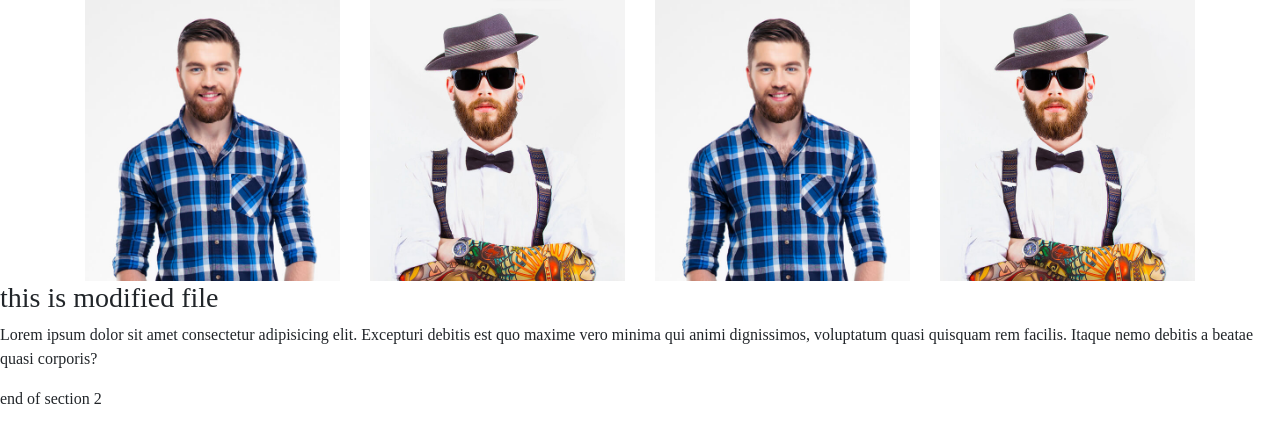
Repository: abdallahgad0000/RouteTeam
Page: index.html
The author's editor kept a copy of each file at every save. The page is drawn from the files as they stood at one save, then again after the next save.
The browser window is 1280 px wide. The pictures show the whole page.

Above is the page before, as saved 2020-12-26 10:57:51.

After the next save:
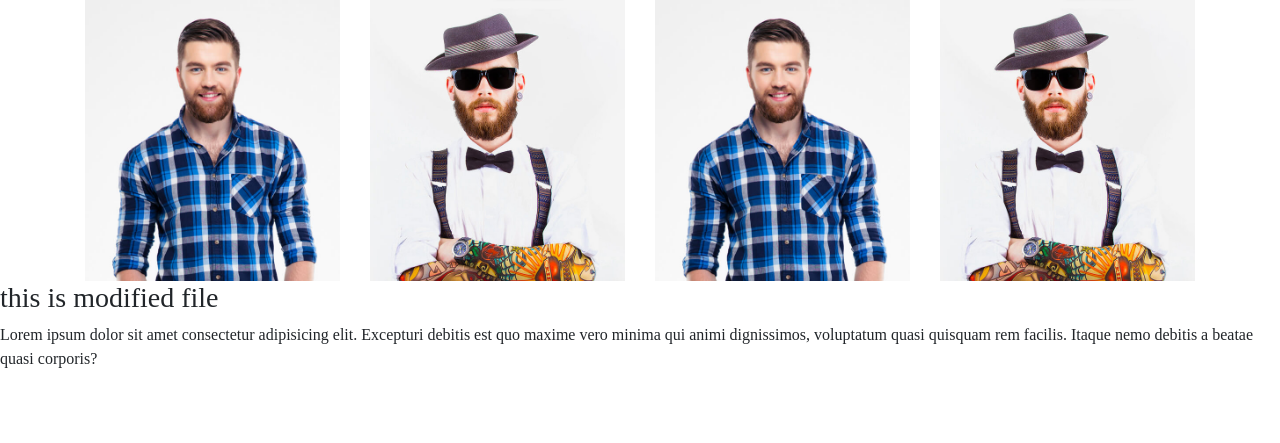
Saved 5 s later.
--- a/index.html
+++ b/index.html
@@ -41,7 +41,7 @@
     <h3> this is modified file</h3>
     <p> Lorem ipsum dolor sit amet consectetur adipisicing elit. Excepturi debitis est quo maxime vero minima qui animi
       dignissimos, voluptatum quasi quisquam rem facilis. Itaque nemo debitis a beatae quasi corporis? </p>
-      end of section 2
+      <!-- end of section 2 -->
   </section>
 
   <script src="js/main.js"></script>
